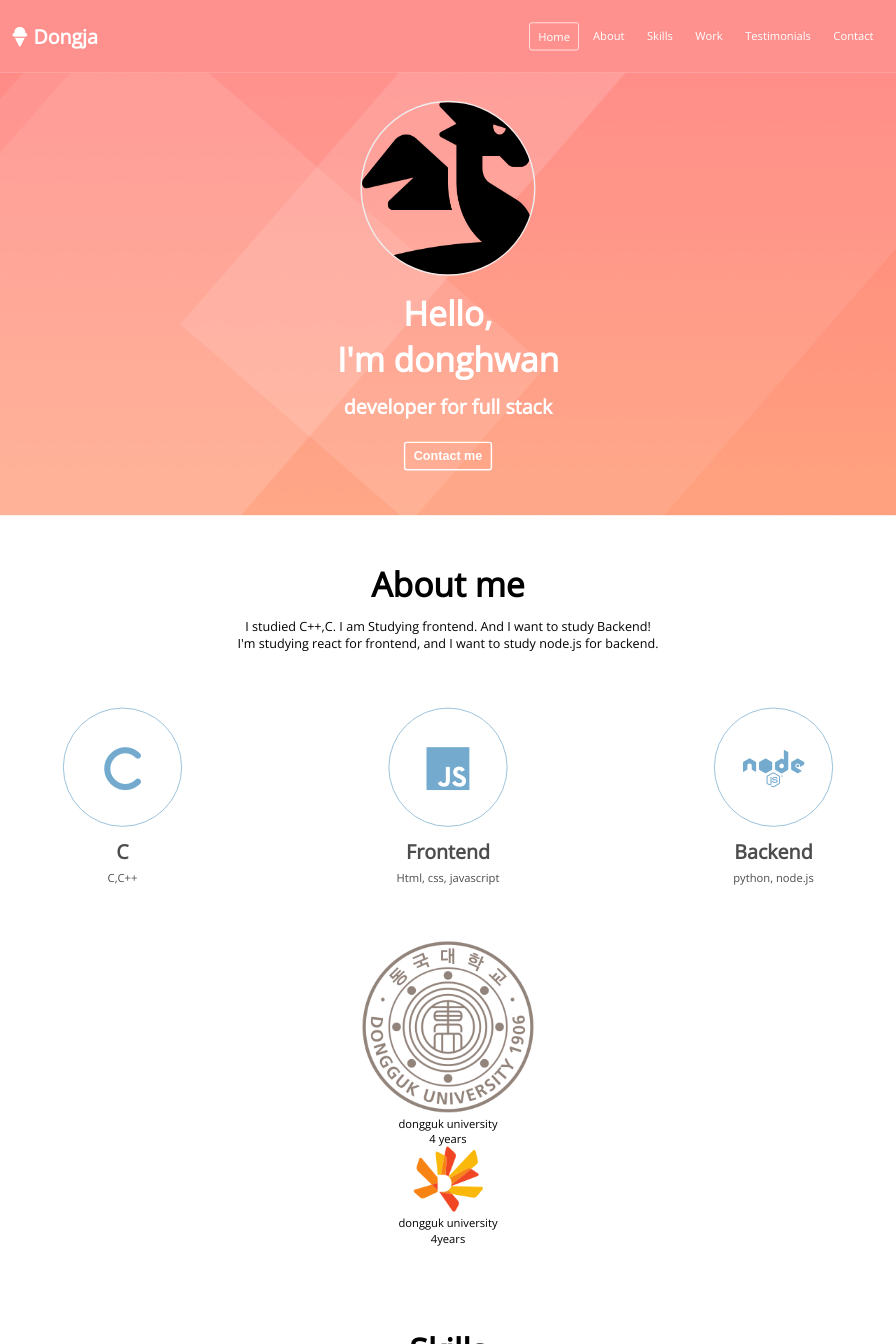
Repository: DongjaJ/portfolio
Page: index.html
The author's editor kept a copy of each file at every save. The page is drawn from the files as they stood at one save, then again after the next save.
The browser window is 1280 px wide. The pictures show the part of the page from y = 0 to 1920 px (the page is 4952 px tall), at 70% of full size.
The pointer rests on the first visible `.major__icon`.
Some web libraries are served in a nearby version.

Above is the page before, as saved 2022-05-18 23:01:10.

After the next save:
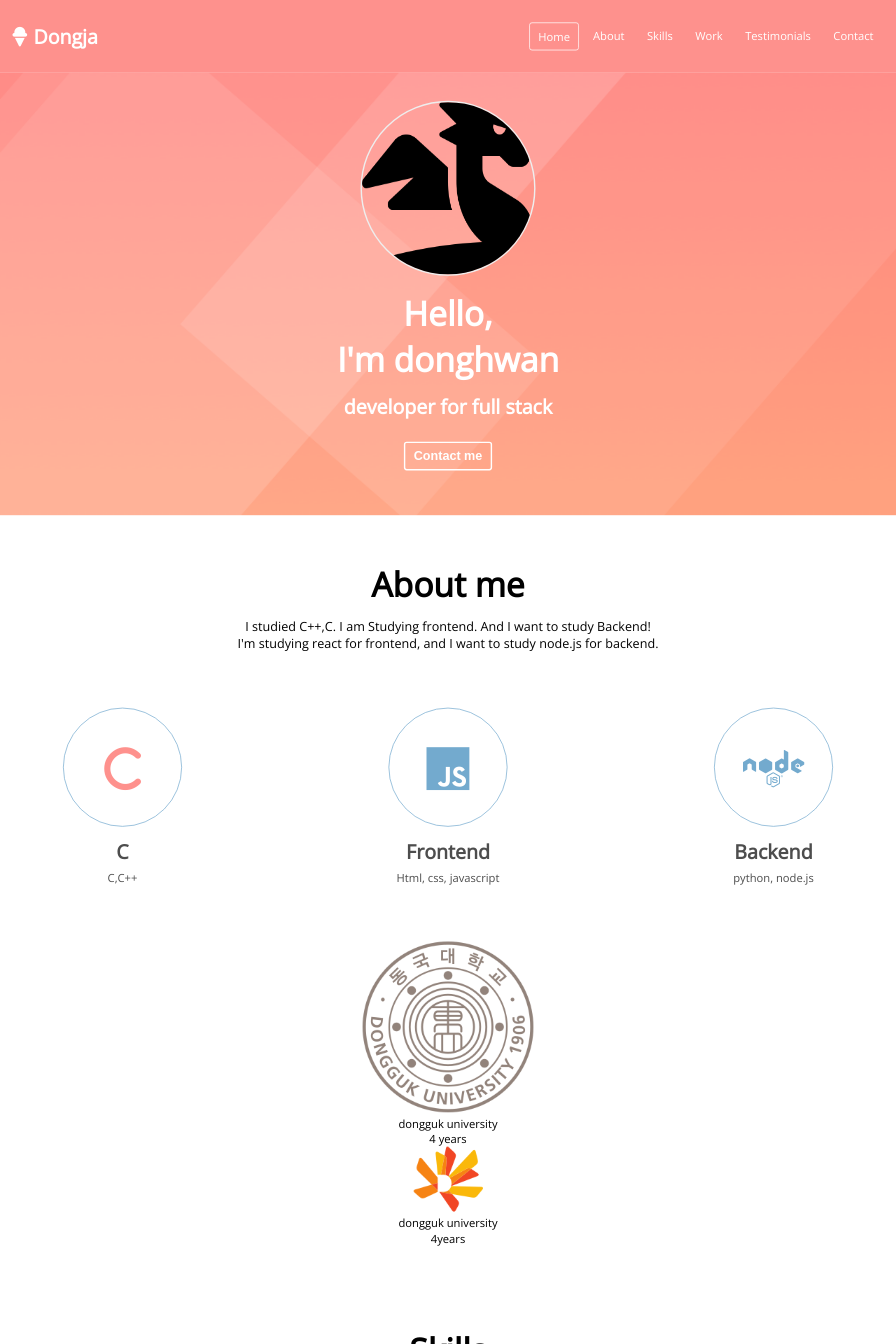
Saved 78 s later.
--- a/style.css
+++ b/style.css
@@ -177,6 +177,10 @@
 	color: var(--color-blue);
 }
 
+.major__icon:hover{
+	color: var(--color-pink);
+}
+
 .major__title, .__major__description{
 	color: var(--color-dark-grey);
 }

After the save that followed:
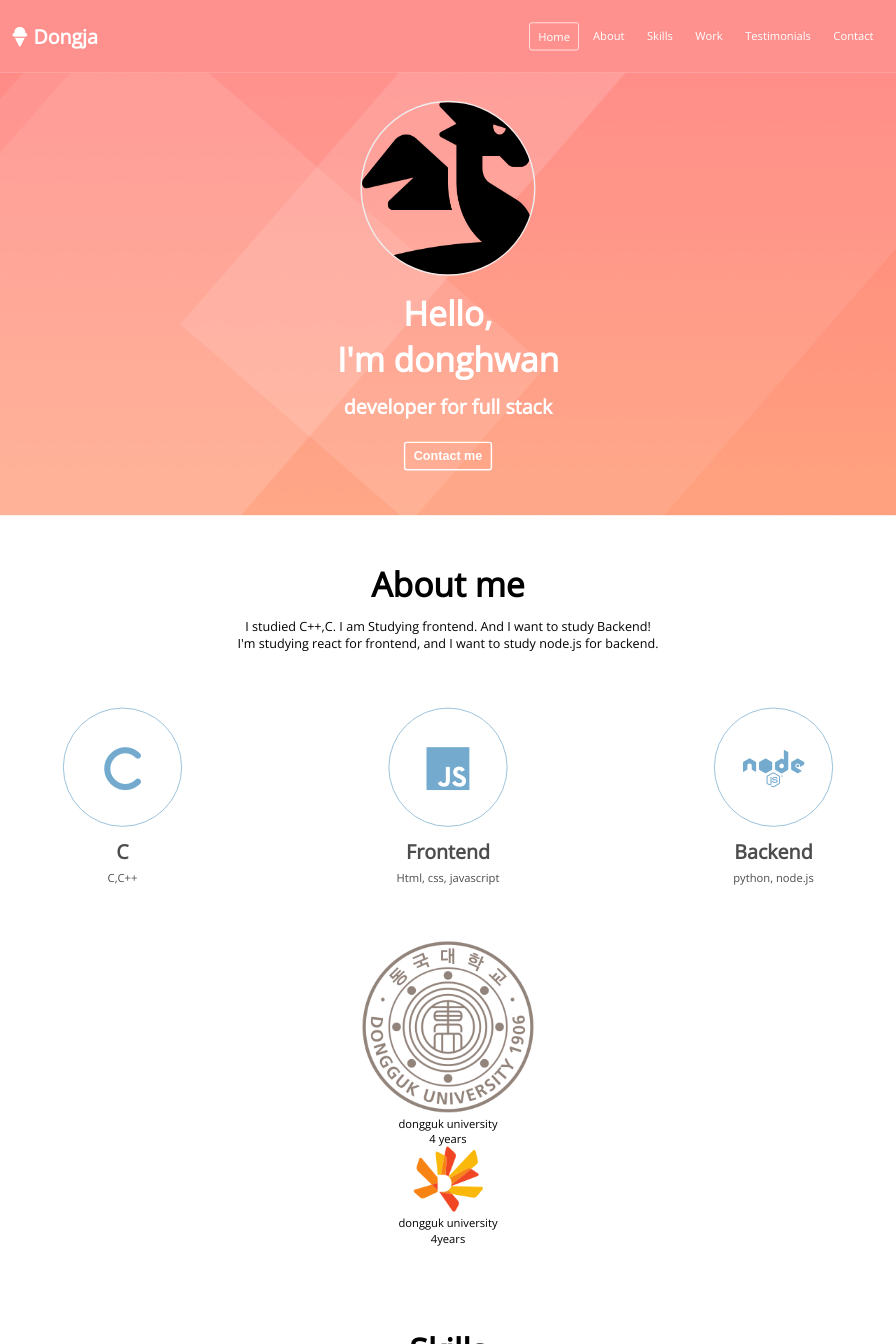
Saved 84 s later.
--- a/style.css
+++ b/style.css
@@ -177,8 +177,9 @@
 	color: var(--color-blue);
 }
 
-.major__icon:hover{
+.major__icon i:hover{
 	color: var(--color-pink);
+	transform: rotate(-30deg) scale(1.1);
 }
 
 .major__title, .__major__description{
